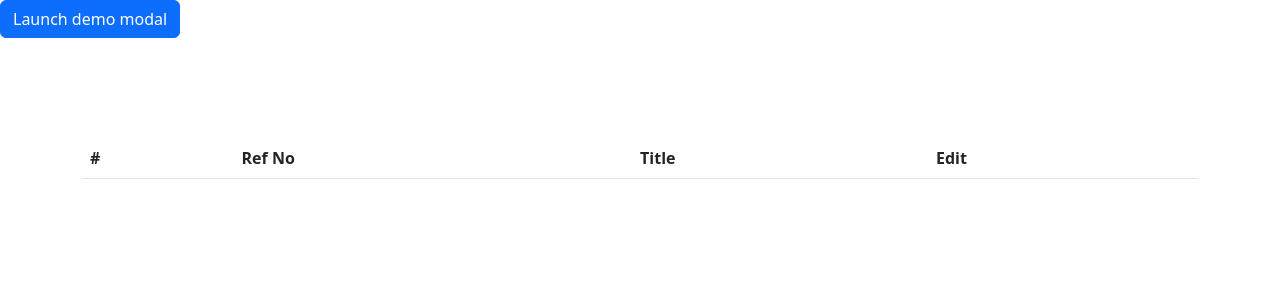
Repository: LCLY/location
Page: /
The author's editor kept a copy of each file at every save. The page is drawn from the files as they stood at one save, then again after a run of saves.
The browser window is 1280 px wide. The pictures show the whole page.
The page's requests for data from a server got no answer. The project was rebuilt for these pictures with package versions that can differ from the ones it lists, and the page was loaded fresh each time. The framework's server and built-in components were replaced by stand-ins that run in the browser. No one was signed in, and anything a server would have sent is missing. Also part of the build but not shown: next.config.js.

Above is the page before, as saved 2022-09-12 17:38:02.

After the next 5 saves:
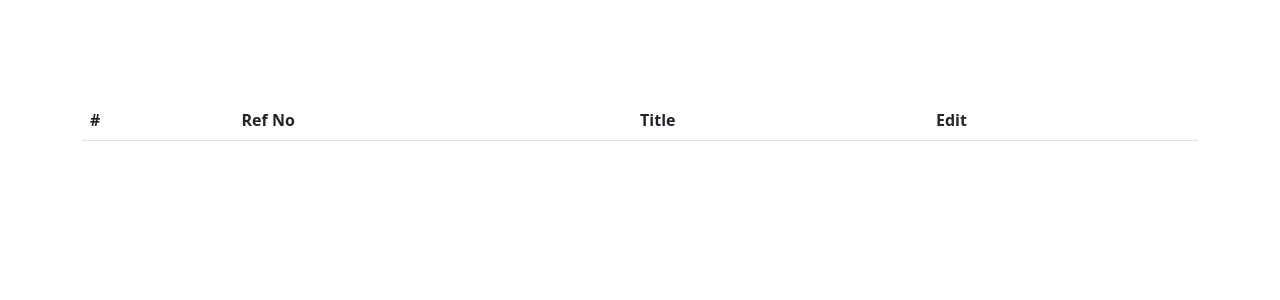
The 5 saves are shown as one change because 3 did not build or start and some came seconds apart.
The last was saved 39 s later.
--- a/component/Modal.tsx
+++ b/component/Modal.tsx
@@ -3,25 +3,19 @@ import "../styles/Modal.module.scss";
 /* components */
 /* 3rd party lib */
 /* Util */
-interface ModalProps {}
+interface ModalProps {
+	modalTarget: string;
+	selectedWorkOrder: any;
+}
 
 type Props = ModalProps;
 
-const Modal: React.FC<Props> = () => {
+const Modal: React.FC<Props> = ({ modalTarget, selectedWorkOrder }) => {
 	return (
 		<>
-			<button
-				type='button'
-				className='btn btn-primary'
-				data-bs-toggle='modal'
-				data-bs-target='#exampleModal'
-			>
-				Launch demo modal
-			</button>
-
 			<div
 				className='modal fade'
-				id='exampleModal'
+				id={modalTarget}
 				tabIndex={-1}
 				aria-labelledby='exampleModalLabel'
 				aria-hidden='true'
